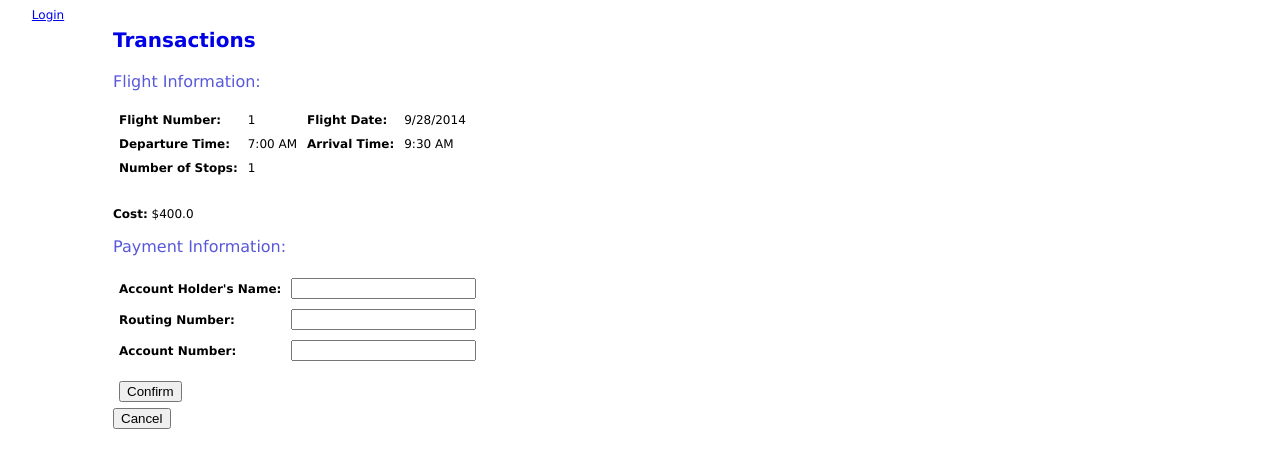
Repository: jliu9000/CSE-464---Flight-Pages
Page: http://localhost/HW1/Transaction.jsp
An editor plug-in stored every save of this project. The page is shown before and after the next save, followed by the edit.
The browser window is 1280 px wide. The pictures show the whole page.
The page is served by Tomcat 9. Other server files are loaded and not shown.

Above is the page before, as saved 2014-09-24 03:02:21.

### HW1/WebContent/Transaction.jsp
<%@ page language="java" contentType="text/html; charset=ISO-8859-1"
    pageEncoding="ISO-8859-1"%>
<!DOCTYPE html PUBLIC "-//W3C//DTD HTML 4.01 Transitional//EN" "http://www.w3.org/TR/html4/loose.dtd">
<html>
<head>
<%@ page import="flight.bizlogic.*"%>
<meta http-equiv="Content-Type" content="text/html; charset=ISO-8859-1">
<link rel="stylesheet" type="text/css" href="CSS/FlightStyles.css">
<title>Transaction</title>
</head>

<body>
	<div class='sidebar'>
		<a id="login" href="login.jsp">
		<%=session.getAttribute("nUserID") != null ? "Logout" : "Login"%>
		</a>
	</div>

	<%
		RecordFactory records = new RecordFactory(1);
		FlightRecord r = records.TestRecord();
	%>

	<div class='main'>
		<p class='PageTitle'>Transactions</p>
		<p class='subheading'>Flight Information:</p>
		<table>
			<tr>
				<td class='key'>Flight Number: </td><td><%=r.getID() %></td>
				<td class='key'>Flight Date: </td><td><%=r.getDateOfTravel() %></td>
			</tr>
			<tr>
				<td class='key'>Departure Time:</td><td><%=r.getDepartureTime() %></td>
				<td class='key'>Arrival Time:</td><td><%=r.getArrivalTime() %></td>
			</tr>
			<tr>
				<td class='key'>Number of Stops:</td><td><%=r.getNumberOfStops() %></td>
				<td></td><td></td>
			</tr>
		</table>
		<br>
		<p><b>Cost:</b> $<%=r.getCost() %></p>

		<p class='subheading'>Payment Information:</p>


		<table>
			<form action='TransactionConfirmation.jsp' method=post>
				<tr>
					<td class='key'>Account Holder's Name: </td><td><input type="text" name="sAccountHolder"></td>
				</tr>
				<tr>
					<td class='key'>Routing Number: </td><td><input type="text" name="nRoutingNumber"></td>
				</tr>
				<tr>
					<td class='key'>Account Number: </td><td><input type="text" name="nAccountNumber"></td>
				</tr>
				<tr>
					<td></td><td></td>
				</tr>
				<tr>
					<td>
						<input type="submit" value="Confirm"></input>
						</form>
					</td>
				</tr>
		</table>

		<a href="FlightSearch.jsp"><button>Cancel</button></a>
	</div>





</body>





</html>

### HW1/src/flight/bizlogic/RecordFactory.java
package flight.bizlogic;
import java.util.ArrayList;



public class RecordFactory {
	//Master list
	private ArrayList<FlightRecord> oRecordsList;
	private int nTotalRecords;

	//Lists for record generation
	private String sListOfLocations[] = {"New York City, New York","Dallas, Texas","Sacramento, California",
			"Chicago, Illinois","Lincoln, Nebraska","Denver, Colorado","Atlanta, Georgia"};
	private int sListOfYears[] ={2014,2015,2016};
	private String sListOfClass[] ={"First Class", "Business", "Economy"};

	//Static test record
	private FlightRecord _oTestRecord = new FlightRecord(1, "Lincoln, NE", "Baltimore, MD", "9/28/2014", 52, "First Class",
			"7:00 AM", "9:30 AM", 1, 400.00);

	public RecordFactory(int nTotalRecords){

		//use nTotalRecords <= 0 for a random number of 1 to 50 records
		if (nTotalRecords <= 0){
			this.nTotalRecords = (int) Math.round(Math.random() * 49) + 1;
		}else{
			this.nTotalRecords = nTotalRecords;
		}

		oRecordsList = new ArrayList<FlightRecord>();

	}

	public void generateRecords(){

		for (int i = 0; i<= nTotalRecords; i++){
			oRecordsList.add(getSingleRecord());
		}

	}

	public FlightRecord getSingleRecord(){
		String sFormatedMonth;
		int nYear, nMonth, nDay, nSeats, nClass, nSource, nDestination, nID;

		nMonth = (int) Math.ceil(Math.random() * 12);
		nDay = (int) Math.round(Math.random() * 28);
		nYear = (int) Math.round(Math.random() * 2);
		sFormatedMonth = nMonth + "/" +nDay +"/" +sListOfYears[nYear];

		nSeats = (int) Math.round(Math.random() * 100);
		nClass = (int) Math.round(Math.random()*2);
		nSource = (int) Math.round(Math.random()*6);
		nDestination = (int) Math.round(Math.random() * 6);
		//destination cannot equal source
		while (nDestination == nSource){
			nDestination = (int) Math.round(Math.random() * 6);
		}

		return new FlightRecord(sListOfLocations[nSource], sListOfLocations[nDestination], sFormatedMonth, nSeats, sListOfClass[nClass]);

	}





	public String toHTMLTableRow(int nRow){
		FlightRecord r;
		String sHTMLRow;
		if (nRow < oRecordsList.size()){
			r = oRecordsList.get(nRow);
		}else{
			return "";
		}

		sHTMLRow = "<td>" +r.getID() +"</td>";
		sHTMLRow += "<td>" +r.getDateOfTravel() +"</td>";
		sHTMLRow += "<td>" +r.getDepartureTime() +"</td>";
		sHTMLRow += "<td>" +r.getArrivalTime() +"</td>";
		sHTMLRow += "<td>" +r.getNumberOfStops() +"</td>";
		sHTMLRow += "<td> $" +r.getCost() +"</td>";

		return sHTMLRow;
	}

	public FlightRecord TestRecord() {
		return _oTestRecord;
	}

	public int TotalRecords(){
		return nTotalRecords;

	}

	public ArrayList<FlightRecord> getRecords(){

		return oRecordsList;
	}
}

### HW1/src/flight/bizlogic/FlightRecord.java
package flight.bizlogic;

public class FlightRecord {
	private String sSource;
	private String sDestination;
	private String sDateOfTravel;
	private String sClass;
	private int nSeats;
	private String sDepartureTime;
	private String sArrivalTime;
	private int nNumberOfStops;
	private double dCost;
	private int nID;


	public FlightRecord(String sSource, String sDestination, String sDateOfTravel, int nSeats,
			String sClass){
		this.sSource = sSource;
		this.sDestination = sDestination;
		this.sDateOfTravel = sDateOfTravel;
		this.nSeats = nSeats;
		this.sClass = sClass;
		fillRecord();
	}

	public FlightRecord(int nID, String sSource, String sDestination, String sDateOfTravel, int nSeats,
			String sClass, String sDepartureTime, String sArrivalTime, int nNumberOfStops, double dCost){
		this.nID = nID;
		this.sSource = sSource;
		this.sDestination = sDestination;
		this.sDateOfTravel = sDateOfTravel;
		this.nSeats = nSeats;
		this.sClass = sClass;
		this.sDepartureTime = sDepartureTime;
		this.sArrivalTime = sArrivalTime;
		this.nNumberOfStops = nNumberOfStops;
		this.dCost = dCost;

	}


	//fill missing fields w/ random numbers
	private void fillRecord(){
		int nHour;
		int dMin;
		nID = (int) Math.round(Math.random()*1000);
		nHour = (int) Math.round(Math.random() * 11) + 1;
		dMin =  (int) Math.round(Math.random() * 60);
		sDepartureTime =  nHour +":" +dMin +" " +(Math.random() > .5 ? "AM" : "PM");
		nHour = (int) Math.round(Math.random() * 11) + 1;
		dMin = (int) Math.round(Math.random() * 60);
		sArrivalTime =  nHour +":" +dMin +" " +(Math.random() > .5 ? "AM" : "PM");
		nNumberOfStops = (int) Math.round(Math.random() * 4);
		dCost =  Math.round(Math.random() * 1000) + 50;
	}



	public String getDepartureTime() {
		return sDepartureTime;
	}


	public String getArrivalTime() {
		return sArrivalTime;
	}


	public int getNumberOfStops() {
		return nNumberOfStops;
	}


	public double getCost() {
		return dCost;
	}


	public int getID() {
		return nID;
	}



	public String getSource() {
		return sSource;
	}

	public String getDestination() {
		return sDestination;
	}

	public String getDateOfTravel() {
		return sDateOfTravel;
	}

	public String getFlightClass() {
		return sClass;
	}

	public int getSeats() {
		return nSeats;
	}






}

### HW1/WebContent/CSS/FlightStyles.css
@CHARSET "ISO-8859-1";

body {
	font-family: "Verdana";
	font-size:12px;

}

div.sidebar {
	float: left;
	width: 80px;
	padding-right: 25px;
	text-align: center;
}
div.main {
	float: left;
}

p {
    font-size: 12px;

}

p.PageTitle {
    font-size: 20px;
    color: #0000E6;
    font-weight: bold;
}

p.subheading {

	font-size: 16px;
	color: #5858DA;
}

p.message {
	color: red;
	text-align: center;
}

table {


}

th {
    background-color: #1975FF;
    color: white;
    padding: 4px;
    padding-left: 8px;
	padding-right: 8px;

}

tr {
}

tr.repeatalt {

	padding: 2px;
	padding-left: 5px;
	padding-right: 5px;
	background-color: #E6E6E6;

}

tr.repeat {
	padding: 2px;
	padding-left: 5px;
	padding-right: 5px;

}

td.button{
	text-align: center;
}

td{
	text-align: left;
	padding: 4px;

}

td.key{
	font-weight: bold;
}




#login {
    font-size:12px;
}

After the next save:
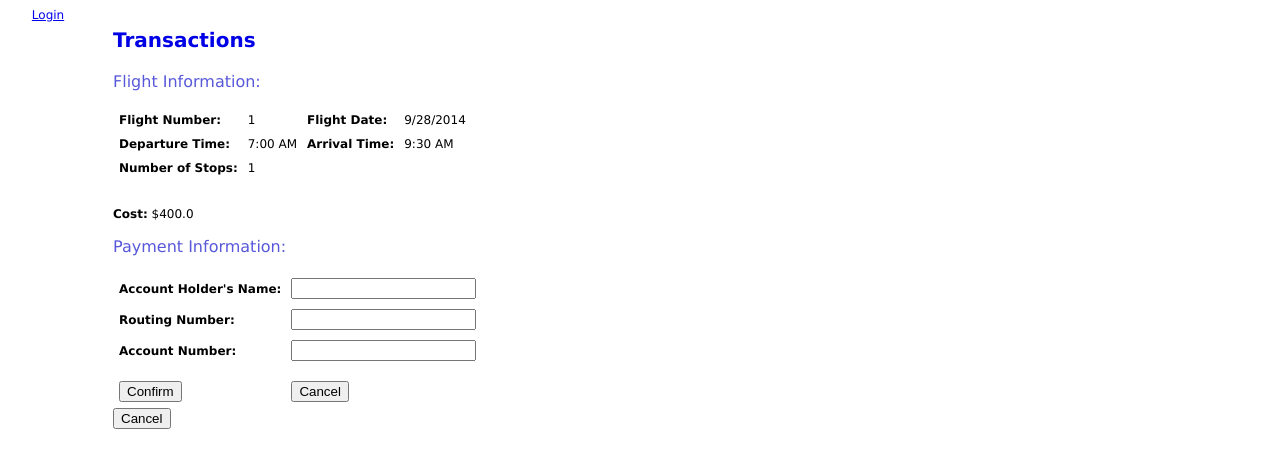
Saved 2 min 9 s later.
--- a/HW1/WebContent/Transaction.jsp
+++ b/HW1/WebContent/Transaction.jsp
@@ -63,6 +63,9 @@
 						<input type="submit" value="Confirm"></input>
 						</form>
 					</td>
+					<td>
+						<a href="FlightSearch.jsp"><button>Cancel</button></a>
+					</td>
 				</tr>
 		</table>
 
